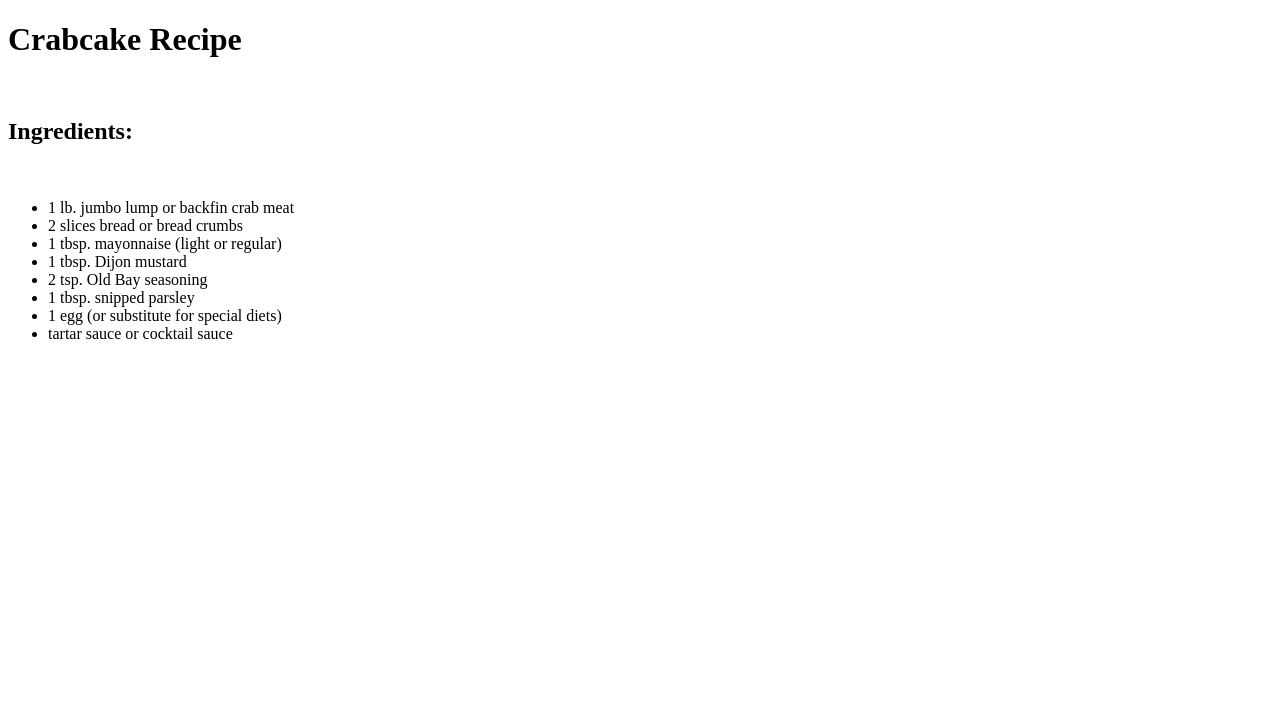
Repository: ri144/JavaWebCourse
Page: CrabcakeWebsite/WebContent/NewFile.html
The author's editor kept a copy of each file at every save. The page is drawn from the files as they stood at one save, then again after the next save.
The browser window is 1280 px wide. The pictures show the whole page.

Above is the page before, as saved 2017-06-13 13:25:15.

### CrabcakeWebsite/WebContent/NewFile.html
<!DOCTYPE html>
<html>
<head>
<meta charset="UTF-8">
<title>Insert title here</title>
</head>
<body>
<h1>Crabcake Recipe</h1>
<br>
<h2>Ingredients:</h2>
<br>
<Ul><li>1 lb. jumbo lump or backfin crab meat</li>
<li>2 slices bread or bread crumbs</li>
<li>1 tbsp. mayonnaise (light or regular)</li>
<li> 1 tbsp. Dijon mustard</li>
<li>2 tsp. Old Bay seasoning</li>
<li>1 tbsp. snipped parsley</li>
<li>1 egg (or substitute for special diets)</li>
<li>tartar sauce or cocktail sauce</li>
</Ul>

</body>
</html>

After the next save:
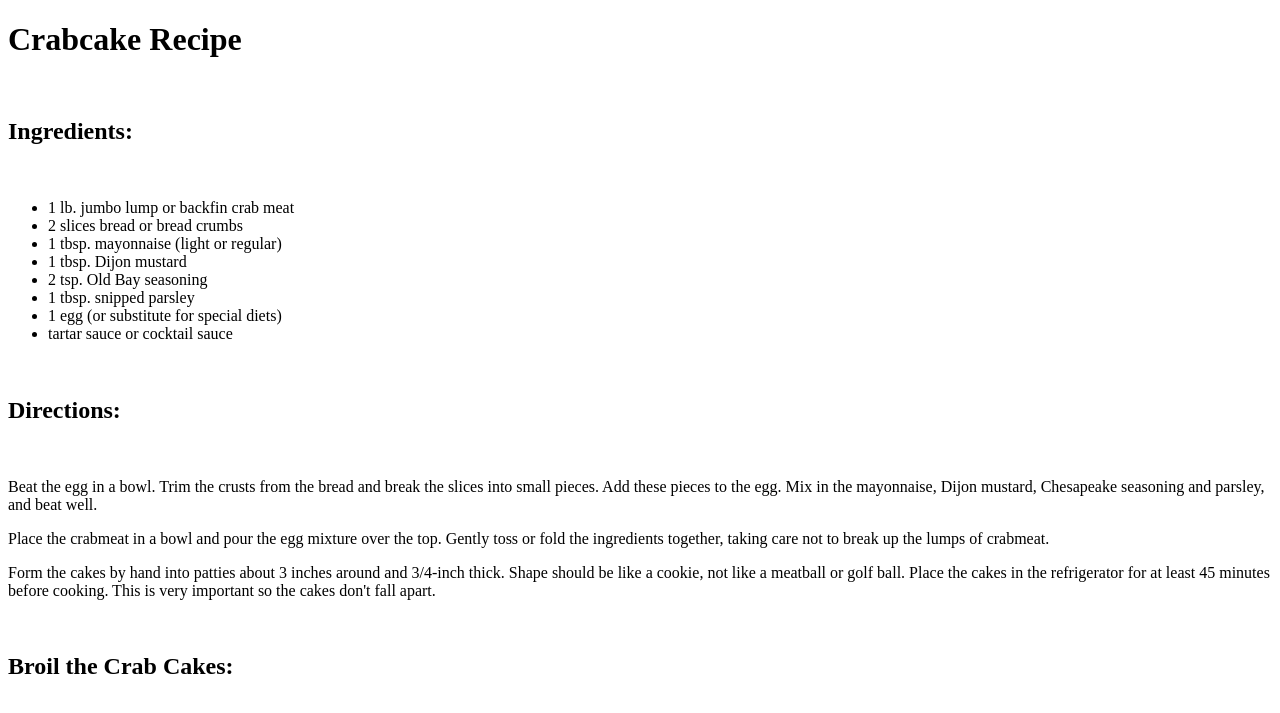
Saved 3 min 1 s later.
--- a/CrabcakeWebsite/WebContent/NewFile.html
+++ b/CrabcakeWebsite/WebContent/NewFile.html
@@ -18,6 +18,13 @@
 <li>1 egg (or substitute for special diets)</li>
 <li>tartar sauce or cocktail sauce</li>
 </Ul>
-
+<br>
+<h2>Directions:</h2>
+<br>
+<p>Beat the egg in a bowl. Trim the crusts from the bread and break the slices into small pieces. Add these pieces to the egg. Mix in the mayonnaise, Dijon mustard, Chesapeake seasoning and parsley, and beat well.</p>
+<p>Place the crabmeat in a bowl and pour the egg mixture over the top. Gently toss or fold the ingredients together, taking care not to break up the lumps of crabmeat.</p>
+<p>Form the cakes by hand into patties about 3 inches around and 3/4-inch thick. Shape should be like a cookie, not like a meatball or golf ball. Place the cakes in the refrigerator for at least 45 minutes before cooking. This is very important so the cakes don't fall apart.</p>
+<br>
+<h2>Broil the Crab Cakes:</h2>
 </body>
 </html>
